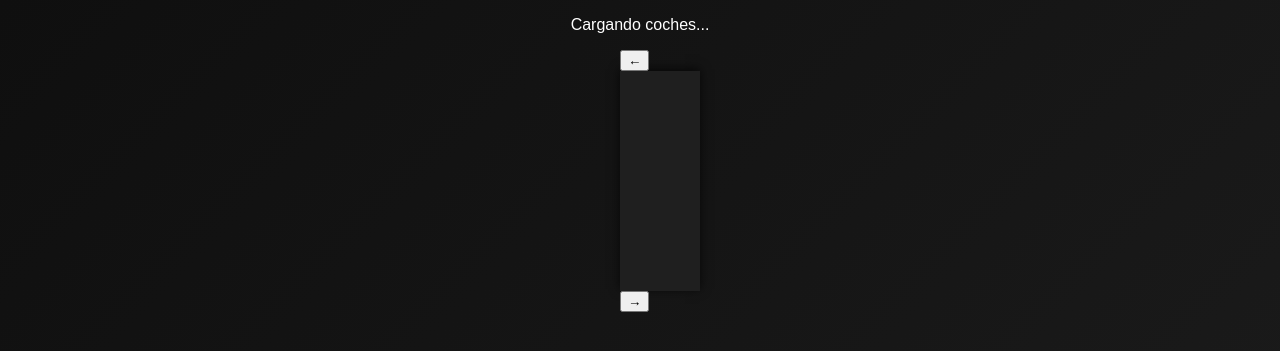
Repository: demoniers/clase
Page: /concesionario (app in misproyectos/concesionario/)
An editor plug-in stored every save of this project. The page is shown before and after the next save, followed by the edit.
The browser window is 1280 px wide. The pictures show the whole page.
The page's requests for data from a server got no answer. The project was rebuilt for these pictures with package versions that can differ from the ones it lists, and the page was loaded fresh each time. No one was signed in, and anything a server would have sent is missing. Also part of the build but not shown: misproyectos/concesionario/src/routes/Home/Home.css, misproyectos/concesionario/src/routes/Home/Home.js, misproyectos/concesionario/src/routes/Users/singin.css, misproyectos/concesionario/src/routes/Users/singin.js, misproyectos/concesionario/src/routes/Users/login.css, misproyectos/concesionario/src/routes/Users/auth.js, misproyectos/concesionario/src/routes/Users/Login.js, misproyectos/concesionario/src/routes/Users/logout.css and 2 more.

Above is the page before, as saved 2025-03-20 12:37:49.

### misproyectos/concesionario/src/index.js
import React from 'react';
import { createRoot } from 'react-dom/client';
import { BrowserRouter } from 'react-router-dom';
import App from './App';

const rootElement = document.getElementById('root');
const root = createRoot(rootElement);

root.render(
  <React.StrictMode>
    <BrowserRouter>
      <App />
    </BrowserRouter>
  </React.StrictMode>
);


/*import React from 'react';
import { createRoot } from 'react-dom/client';
import App from './App';
import ReactDOM from 'react-dom/client';
import './index.css';
import { BrowserRouter } from 'react-router-dom';

const rootElement = document.getElementById('root');
const root = createRoot(rootElement);

root.render(
  <React.StrictMode>
    <App />
  </React.StrictMode>
);
*/

// If you want to start measuring performance in your app, pass a function
// to log results (for example: reportWebVitals(console.log))
// or send to an analytics endpoint. Learn more: https://bit.ly/CRA-vitals
//reportWebVitals();

### misproyectos/concesionario/src/App.js
import React from 'react';
import { Route, Routes } from 'react-router-dom';
import Home from './routes/Home/Home';
import Concesionario from './routes/concesionario/Concesionario';
import Singin from './routes/Users/singin';
import Login from './routes/Users/Login';
import Logout from './routes/Users/Logout';
import AdminPanel from './routes/Admin/ControlPanel';

function App() {
  return (
    <Routes>
      <Route path="/" element={<Home />} />
      <Route path="/concesionario" element={<Concesionario />} />
      <Route path="/singin" element={<Singin />} />
      <Route path="/login" element={<Login />} />
      <Route path="/logout" element={<Logout />} />
      <Route path="/admin/panel" element={<AdminPanel />} />
    </Routes>
  );
}

export default App;

### misproyectos/concesionario/src/routes/concesionario/Concesionario.js
import React, { useState, useEffect, useRef } from 'react';
import './Concesionario.css'; // Archivo CSS actualizado

function Concesionario() {
  const [coches, setCoches] = useState([]);
  const [cocheSeleccionado, setCocheSeleccionado] = useState(null);
  const barraRef = useRef(null); // Referencia a la barra de navegación

  useEffect(() => {
    async function fetchData() {
      try {
        const response = await fetch('http://10.0.0.124:5000/api/coches');
        const data = await response.json();
        setCoches(data);
        setCocheSeleccionado(data[0]);
      } catch (error) {
        console.error('Error al obtener los datos:', error);
      }
    }
    fetchData();
  }, []);

  const seleccionarCoche = (coche) => {
    setCocheSeleccionado(coche);
  };

  const moverBarra = (direccion) => {
    if (barraRef.current) {
      const distanciaDesplazamiento = 200; // Ajusta la distancia de desplazamiento
      barraRef.current.scrollBy({
        left: direccion === 'derecha' ? distanciaDesplazamiento : -distanciaDesplazamiento,
        behavior: 'smooth',
      });
    }
  };

  return (
    <div className="concesionario">
      {cocheSeleccionado ? (
        <div className="contenido">
          <div className="imagen-grande">
            <img src={`/img/${cocheSeleccionado.img_coche}`} alt={cocheSeleccionado.nombre_coche} />
          </div>
          <div className="caracteristicas">
            <div className="velocidad-circulo">
              <svg viewBox="0 0 36 36" className="circular-chart">
                <path
                  className="circle-bg"
                  d="M18 2.0845
                     a 15.9155 15.9155 0 0 1 0 31.831
                     a 15.9155 15.9155 0 0 1 0 -31.831"
                />
                <path
                  className="circle"
                  d="M18 2.0845
                     a 15.9155 15.9155 0 0 1 0 31.831
                     a 15.9155 15.9155 0 0 1 0 -31.831"
                  style={{
                    strokeDasharray: `${(cocheSeleccionado.velocidad_punta / 500) * 100}, 100`,
                  }}
                />
              </svg>
              <p className="velocidad-texto">{cocheSeleccionado.velocidad_punta} km/h</p>
            </div>
            <h3>Características de {cocheSeleccionado.nombre_coche}</h3>
            <table className="tabla-caracteristicas">
              <tbody>
                <tr>
                  <td>Aceleración (0-100 km/h):</td>
                  <td>
                    {cocheSeleccionado.aceleracion} s
                    <div className="barra-fina-externa">
                      <div
                        className="barra-fina-interna"
                        style={{
                          width: `${Math.min((10 - cocheSeleccionado.aceleracion) * 10, 100)}%`,
                        }}
                      ></div>
                    </div>
                  </td>
                </tr>
                <tr>
                  <td>Consumo:</td>
                  <td>
                    {cocheSeleccionado.consumo} l/100 km
                    <div className="barra-fina-externa">
                      <div
                        className="barra-fina-interna"
                        style={{
                          width: `${Math.min((30 - cocheSeleccionado.consumo) * 3.33, 100)}%`,
                        }}
                      ></div>
                    </div>
                  </td>
                </tr>
                <tr>
                  <td>Par máximo:</td>
                  <td>
                    {cocheSeleccionado.newtons_par} Nm
                    <div className="barra-fina-externa">
                      <div
                        className="barra-fina-interna"
                        style={{
                          width: `${(cocheSeleccionado.newtons_par / 2000) * 100}%`,
                        }}
                      ></div>
                    </div>
                  </td>
                </tr>
                <tr>
                  <td>Caballos:</td>
                  <td>
                    {cocheSeleccionado.caballos} CV
                    <div className="barra-fina-externa">
                      <div
                        className="barra-fina-interna"
                        style={{
                          width: `${(cocheSeleccionado.caballos / 2000) * 100}%`,
                        }}
                      ></div>
                    </div>
                  </td>
                </tr>
                <tr>
                  <td>Número de marchas:</td>
                  <td>{cocheSeleccionado.numero_marchas}</td>
                </tr>
                <tr>
                  <td>Automático:</td>
                  <td>{cocheSeleccionado.automatico ? 'Sí' : 'No'}</td>
                </tr>
                <tr>
                  <td>Tiene levas:</td>
                  <td>{cocheSeleccionado.tiene_levas ? 'Sí' : 'No'}</td>
                </tr>
              </tbody>
            </table>
          </div>
        </div>
      ) : (
        <p>Cargando coches...</p>
      )}

      <div className="barra-navegacion-contenedor">
        <button className="flecha-izquierda" onClick={() => moverBarra('izquierda')}>
          &larr;
        </button>
        <div className="barra-navegacion" ref={barraRef}>
          {coches.map((coche) => (
            <div
              key={coche.id}
              className={`tarjeta ${coche.id === cocheSeleccionado.id ? 'seleccionado' : ''}`}
              onClick={() => seleccionarCoche(coche)}
            >
              <img src={`/img/${coche.img_coche}`} alt={coche.nombre_coche} />
              <p>{coche.nombre_coche}</p>
            </div>
          ))}
        </div>
        <button className="flecha-derecha" onClick={() => moverBarra('derecha')}>
          &rarr;
        </button>
      </div>
    </div>
  );
}

export default Concesionario;

### misproyectos/concesionario/src/routes/concesionario/Concesionario.css
/* Concesionario.css */

/* Estilo general */
.concesionario {
  font-family: 'Arial', sans-serif;
  color: white;
  background: linear-gradient(135deg, #0f0f0f, #1c1c1c);
  display: flex;
  flex-direction: column;
  align-items: center;
  padding: 0;
  min-height: 100vh;
  overflow: hidden; /* Evita scroll innecesario */
}

/* Contenedor principal dividido en dos secciones */
.contenido {
  display: flex;
  justify-content: space-between;
  align-items: flex-start;
  width: 100%;
  height: 75vh; /* Altura fija del 75% de la página */
  max-width: 1300px; /* Máximo ancho */
  padding: 20px;
  box-sizing: border-box; /* Incluye padding dentro del tamaño total */
}

/* Imagen del coche */
.imagen-grande {
  flex: 2; /* Espacio proporcional */
  max-width: 800px; /* Ajuste máximo para que la imagen no pierda protagonismo */
  height: 100%; /* Asegura que ocupe todo el contenedor */
  text-align: center;
  display: flex;
  flex-direction: column;
  justify-content: center;
}

.imagen-grande img {
  max-height: 100%; /* Imagen se adapta al contenedor */
  max-width: 100%;
  border-radius: 10px;
  box-shadow: 0 8px 20px rgba(0, 0, 0, 0.8);
  transition: transform 0.5s ease, box-shadow 0.5s ease;
}

.imagen-grande img:hover {
  transform: scale(1.05);
  box-shadow: 0 12px 30px rgba(0, 0, 0, 1);
}

.imagen-grande h2 {
  margin-top: 15px;
  font-size: 1.5rem;
  color: #e2b007;
}

/* Características del coche (barra derecha) */
.caracteristicas {
  flex: 1.5;
  max-width: 400px;
  background: rgba(31, 31, 31, 0.9); /* Fondo semitransparente */
  padding: 20px;
  border-radius: 10px;
  box-shadow: 0 4px 10px rgba(0, 0, 0, 0.7);
  color: white;
  height: 80%; /* Ocupa todo el espacio vertical */
  display: flex;
  flex-direction: column;
  justify-content: flex-start;
  position: relative; /* Para posicionar elementos absolutos dentro */
}

.caracteristicas h3 {
  margin-bottom: 20px;
  text-transform: uppercase;
  color: #e2b007;
  font-size: 1.5rem;
}

/* Contenedor del círculo de velocidad */
.velocidad-circulo {
  position: absolute;
  top: 5px;
  right: -50px;
  width: 100px;
  height: 100px;
  display: flex;
  align-items: center;
  justify-content: center;
}

.circular-chart {
  width: 100%;
  height: 100%;
  transform: rotate(-90deg); /* Rotar para que empiece en la parte superior */
}

.circle-bg {
  fill: none;
  stroke: #333; /* Color del fondo del círculo */
  stroke-width: 2.8;
}

.circle {
  fill: none;
  stroke: #e2b007; /* Color del trazo */
  stroke-width: 2.8;
  stroke-linecap: round;
  transition: stroke-dasharray 0.5s ease;
}

.velocidad-texto {
  position: absolute;
  font-size: 0.9rem;
  font-weight: bold;
  color: #ffffff;
}

/* Tabla de características */
.tabla-caracteristicas {
  width: 100%;
  border-collapse: collapse;
  margin-top: 20px;
}

.tabla-caracteristicas td {
  padding: 10px;
  font-size: 1rem;
  color: #cccccc;
}

.tabla-caracteristicas td:first-child {
  text-align: left;
  font-weight: bold;
  color: #e2b007;
}

.tabla-caracteristicas td:last-child {
  text-align: right;
}

/* Barras progresivas finas */
.barra-fina-externa {
  background: #333; /* Fondo oscuro de la barra */
  border-radius: 5px;
  height: 10px;
  position: relative;
  overflow: hidden;
  margin-top: 5px;
}

.barra-fina-interna {
  background: #e2b007; /* Color de progreso */
  height: 100%;
  transition: width 0.5s ease;
  border-radius: 5px 0 0 5px;
}

/* Barra de navegación */
.barra-navegacion {
  display: flex;
  overflow-x: auto; /* Habilita el desplazamiento horizontal */
  gap: 20px;
  padding: 20px;
  width: 100%;
  height: 25vh; /* Altura fija */
  justify-content: flex-start; /* Alinea los elementos al inicio */
  align-items: center;
  background: #1f1f1f; /* Fondo sólido */
  box-shadow: 0 -2px 10px rgba(0, 0, 0, 0.7);
  cursor: grab; /* Cambia el cursor cuando no está presionando */
}

.barra-navegacion:active {
  cursor: grabbing; /* Cambia el cursor cuando se arrastra */
}

.barra-navegacion::-webkit-scrollbar {
  height: 8px; /* Altura de la barra de desplazamiento */
}

.barra-navegacion::-webkit-scrollbar-thumb {
  background-color: #e2b007; /* Color del "pulgar" de desplazamiento */
  border-radius: 10px;
}

.tarjeta {
  flex: 0 0 auto;
  background: #1f1f1f;
  border-radius: 10px;
  overflow: hidden;
  text-align: center;
  width: 150px;
  cursor: pointer;
  transition: transform 0.3s ease, background 0.3s ease;
  border: 2px solid transparent;
}

.tarjeta img {
  width: 100%;
  border-bottom: 1px solid #333;
  transition: transform 0.3s ease;
}

.tarjeta:hover img {
  transform: scale(1.05);
}

.tarjeta p {
  color: white;
  font-weight: bold;
  margin: 10px 0;
  font-size: 1rem;
}

.tarjeta:hover {
  transform: scale(1.1);
  background: #2c2c2c;
  border: 2px solid #e2b007;
}

.tarjeta.seleccionado {
  background: #e2b007;
  color: black;
  transform: scale(1.15);
  border: 2px solid #fff;
}

### misproyectos/concesionario/src/routes/Admin/panel.css
/* panel.css */

body {
    font-family: Arial, sans-serif;
    background-color: #f4f4f9;
    margin: 0;
    padding: 0;
  }

  .control-panel {
    margin: 50px auto;
    max-width: 800px;
    background: #ffffff;
    border-radius: 8px;
    box-shadow: 0 4px 10px rgba(0, 0, 0, 0.1);
    padding: 20px;
    text-align: center;
  }

  h1 {
    color: #333333;
    font-size: 2rem;
    margin-bottom: 20px;
  }

  .user-info {
    text-align: left;
    margin: 20px auto;
    padding: 10px;
    background: #f9f9f9;
    border-radius: 5px;
    border: 1px solid #ddd;
  }

  .user-info p {
    font-size: 1rem;
    line-height: 1.5;
    margin: 10px 0;
  }

  .loading {
    font-size: 1.2rem;
    color: #007bff;
    text-align: center;
    margin-top: 50px;
  }

  .error {
    color: #ff4d4d;
    font-size: 1.2rem;
    text-align: center;
    margin-top: 50px;
  }

Loaded but not shown: misproyectos/concesionario/public/index.html (common file)

After the next save:
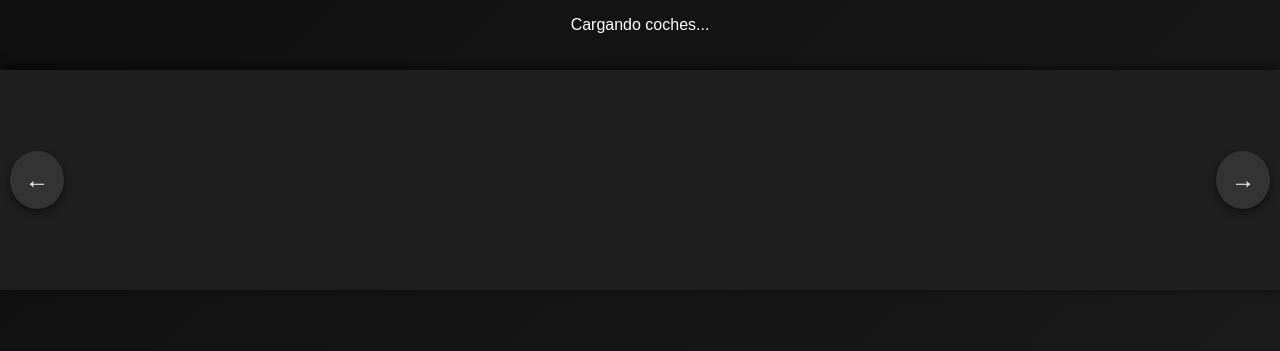
Saved 2 min 6 s later.
--- a/misproyectos/concesionario/src/routes/concesionario/Concesionario.css
+++ b/misproyectos/concesionario/src/routes/concesionario/Concesionario.css
@@ -158,6 +158,48 @@
 }
 
 /* Barra de navegación */
+/* Botones de navegación (flechas izquierda y derecha) */
+.flecha-izquierda,
+.flecha-derecha {
+  background-color: #333; /* Fondo oscuro */
+  color: white;
+  border: none;
+  padding: 15px;
+  font-size: 1.5rem;
+  border-radius: 50%;
+  cursor: pointer;
+  box-shadow: 0 4px 8px rgba(0, 0, 0, 0.5);
+  transition: background-color 0.3s ease, transform 0.3s ease;
+}
+
+.flecha-izquierda:hover,
+.flecha-derecha:hover {
+  background-color: #e2b007; /* Color de hover */
+  transform: scale(1.1); /* Efecto de ampliación al pasar el cursor */
+}
+
+.flecha-izquierda {
+  position: absolute;
+  left: 10px; /* Ubicación a la izquierda de la barra */
+  z-index: 10; /* Asegura que el botón esté por encima de otros elementos */
+}
+
+.flecha-derecha {
+  position: absolute;
+  right: 10px; /* Ubicación a la derecha de la barra */
+  z-index: 10; /* Asegura que el botón esté por encima de otros elementos */
+}
+
+/* Contenedor de la barra de navegación con botones */
+.barra-navegacion-contenedor {
+  position: relative; /* Necesario para posicionar las flechas dentro del contenedor */
+  display: flex;
+  align-items: center;
+  justify-content: center;
+  margin-top: 20px;
+  width: 100%;
+}
+
 .barra-navegacion {
   display: flex;
   overflow-x: auto; /* Habilita el desplazamiento horizontal */
